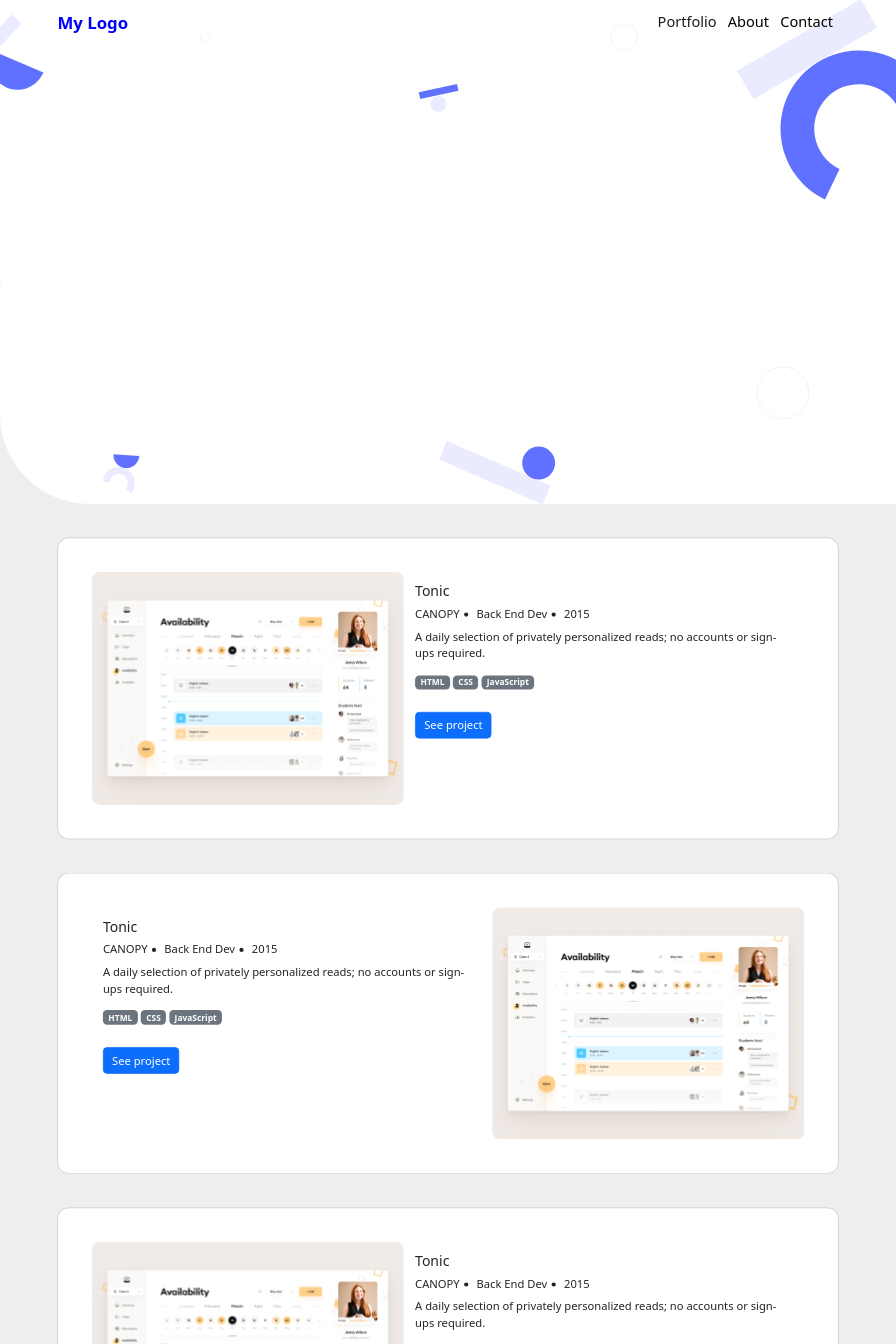
Repository: waelelsafty07/Bootstrap-Portfolio
Page: index.html
An editor plug-in stored every save of this project. The page is shown before and after the next save, followed by the edit.
The browser window is 1280 px wide. The pictures show the part of the page from y = 0 to 1920 px (the page is 2682 px tall before and 2026 px after), at 70% of full size.

Above is the page before, as saved 2023-04-04 17:30:34.

### index.html
<!DOCTYPE html>
<html lang="en">
<head>
    <meta charset="UTF-8">
    <meta http-equiv="X-UA-Compatible" content="IE=edge">
    <meta name="viewport" content="width=device-width, initial-scale=1.0">
    <title>Portfolio</title>
    <link rel="stylesheet" href="css/bootstrap.min.css"/>
    <link rel="stylesheet" href="styles.css"/>
</head>
<body>
    <header>
        <nav class="navbar navbar-expand-lg navbar-light">
            <div class="container">
              <a class="navbar-brand" href="#">My Logo</a>
              <button class="navbar-toggler" type="button" data-bs-toggle="collapse" data-bs-target="#navbarNav" aria-controls="navbarNav" aria-expanded="false" aria-label="Toggle navigation">
                <span class="navbar-toggler-icon"></span>
              </button>
              <div class="collapse navbar-collapse flex-row-reverse" id="navbarNav">
                <ul class="navbar-nav">
                  <li class="nav-item">
                    <a class="nav-link active" aria-current="page" href="#works">Portfolio</a>
                  </li>
                  <li class="nav-item">
                    <a class="nav-link" href="#">About</a>
                  </li>
                  <li class="nav-item">
                    <a class="nav-link" href="#">Contact</a>
                  </li>
                </ul>
              </div>
            </div>
          </nav>
    </header>
    <main>
      <section id="works" class="works m-5">
        <div class="container">
          <div class="card flex-row p-5 rounded-4">
            <img src="images/Snapshoot Portfolio (1).svg" class="card-img-top w-50" alt="...">
            <div class="card-body">
              <h5 class="card-title mb-2">Tonic</h5>
              <ul class="d-flex p-0 my-2">
                <li class="list-unstyled">CANOPY</li>
                <li class="ms-4">Back End Dev</li>
                <li class="ms-4">2015</li>
              </ul>
              <p class="card-text my-2">A daily selection of privately personalized reads; no accounts or sign-ups required.</p>
              <ul class="list-unstyled my-3">
                <li class="badge bg-secondary">HTML</li>
                <li class="badge bg-secondary">CSS</li>
                <li class="badge bg-secondary">JavaScript</li>
              </ul>
              <a href="#" class="btn btn-primary mt-3">See project</a>
            </div>
          </div>
          <div class="card flex-row-reverse p-5 rounded-4 mt-5">
            <img src="images/Snapshoot Portfolio (1).svg" class="card-img-top w-50" alt="...">
            <div class="card-body">
              <h5 class="card-title mb-2">Tonic</h5>
              <ul class="d-flex p-0 my-2">
                <li class="list-unstyled">CANOPY</li>
                <li class="ms-4">Back End Dev</li>
                <li class="ms-4">2015</li>
              </ul>
              <p class="card-text my-2">A daily selection of privately personalized reads; no accounts or sign-ups required.</p>
              <ul class="list-unstyled my-3">
                <li class="badge bg-secondary">HTML</li>
                <li class="badge bg-secondary">CSS</li>
                <li class="badge bg-secondary">JavaScript</li>
              </ul>
              <a href="#" class="btn btn-primary mt-3">See project</a>
            </div>
          </div>
          <div class="card flex-row p-5 rounded-4 mt-5">
            <img src="images/Snapshoot Portfolio (1).svg" class="card-img-top w-50" alt="...">
            <div class="card-body">
              <h5 class="card-title mb-2">Tonic</h5>
              <ul class="d-flex p-0 my-2">
                <li class="list-unstyled">CANOPY</li>
                <li class="ms-4">Back End Dev</li>
                <li class="ms-4">2015</li>
              </ul>
              <p class="card-text my-2">A daily selection of privately personalized reads; no accounts or sign-ups required.</p>
              <ul class="list-unstyled my-3">
                <li class="badge bg-secondary">HTML</li>
                <li class="badge bg-secondary">CSS</li>
                <li class="badge bg-secondary">JavaScript</li>
              </ul>
              <a href="#" class="btn btn-primary mt-3">See project</a>
            </div>
          </div>
          <div class="card flex-row-reverse p-5 rounded-4 mt-5">
            <img src="images/Snapshoot Portfolio (1).svg" class="card-img-top w-50" alt="...">
            <div class="card-body">
              <h5 class="card-title mb-2">Tonic</h5>
              <ul class="d-flex p-0 my-2">
                <li class="list-unstyled">CANOPY</li>
                <li class="ms-4">Back End Dev</li>
                <li class="ms-4">2015</li>
              </ul>
              <p class="card-text my-2">A daily selection of privately personalized reads; no accounts or sign-ups required.</p>
              <ul class="list-unstyled my-3">
                <li class="badge bg-secondary">HTML</li>
                <li class="badge bg-secondary">CSS</li>
                <li class="badge bg-secondary">JavaScript</li>
              </ul>
              <a href="#" class="btn btn-primary mt-3">See project</a>
            </div>
          </div>
        </div>

      </section>
    </main>

    <script src="js/bootstrap.bundle.min.js"></script>
</body>
</html>

### styles.css
body {
  background-color: #eee;
}


header {
  background-color: #fff;
  background-image: url("images/Header\ bg.svg");
  background-repeat: no-repeat;
  background-position: center;
  height: 100vh;
  border-bottom-left-radius: 8rem;
}
nav .navbar-brand {
  font-weight: bold;
  font-size: 1.5rem;
  color: blue;
}
nav .nav-link {
  font-weight: 500;
  font-size: 1.3rem;
  color: #000;
}

Loaded but not shown: css/bootstrap.min.css (library); js/bootstrap.bundle.min.js (library)

After the next save:
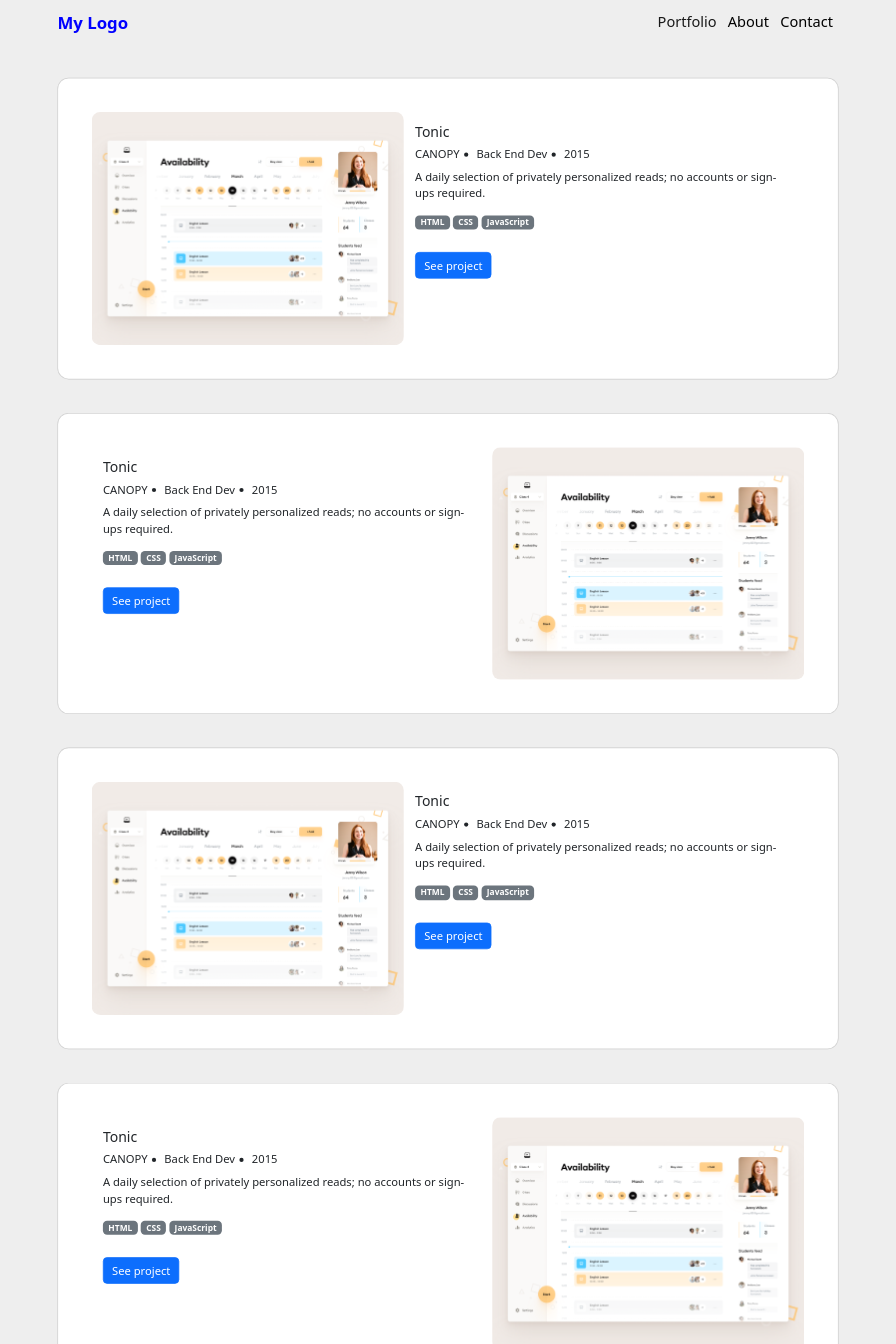
Saved 5 s later.
--- a/styles.css
+++ b/styles.css
@@ -2,7 +2,7 @@
   background-color: #eee;
 }
 
-
+main
 header {
   background-color: #fff;
   background-image: url("images/Header\ bg.svg");

After the 2 saves that followed:
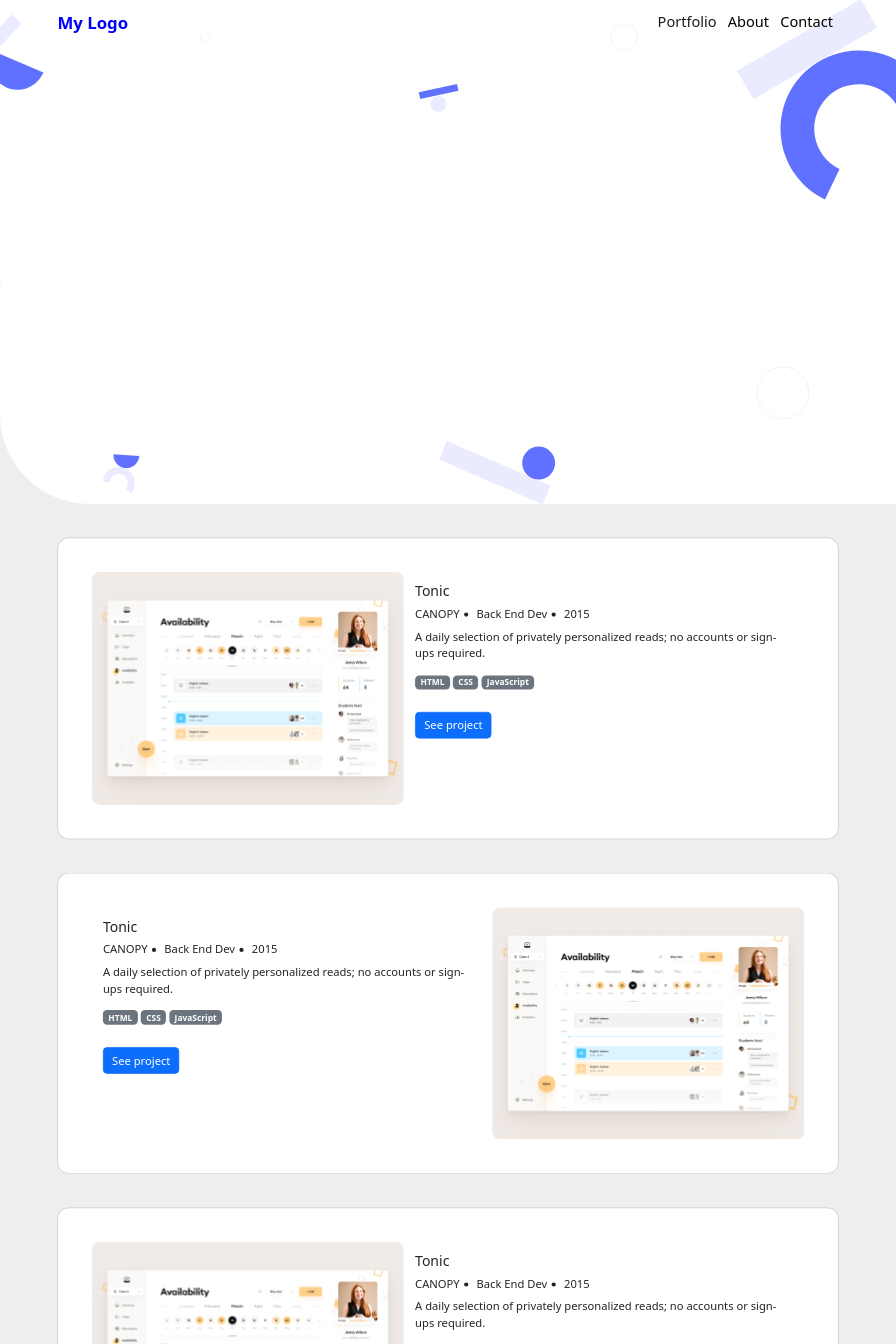
The 2 saves are shown as one change because they came seconds apart.
The last was saved 7 s later.
--- a/styles.css
+++ b/styles.css
@@ -2,7 +2,6 @@
   background-color: #eee;
 }
 
-main
 header {
   background-color: #fff;
   background-image: url("images/Header\ bg.svg");
